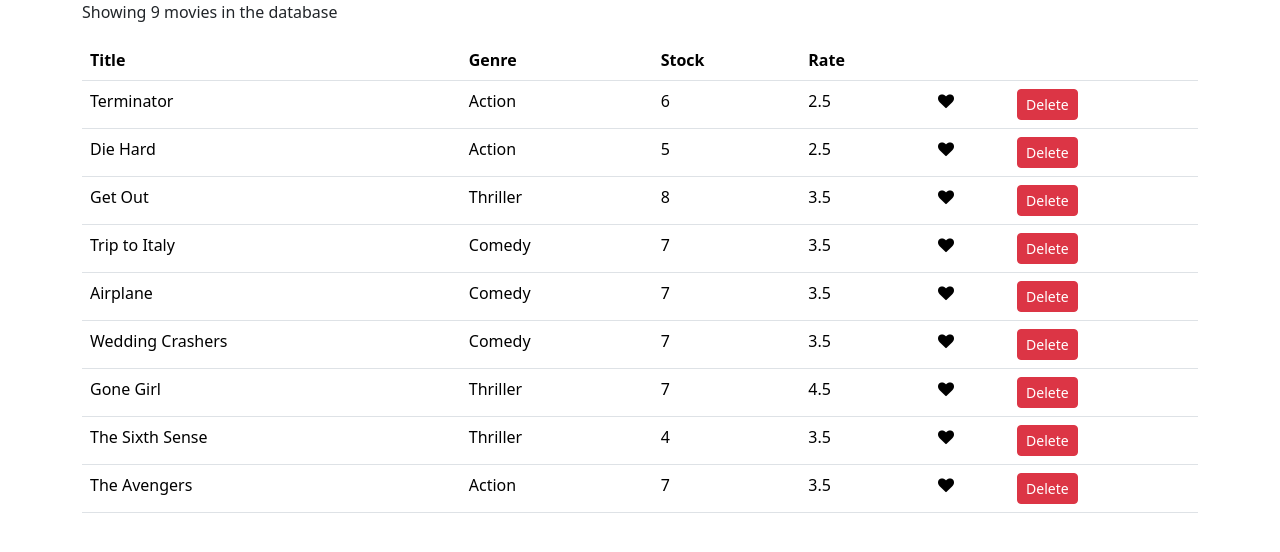
Repository: Edes2128/MovieTable-pagination-filter-sorting-in-React
Page: /
These files come from the project's save history. The page is drawn as it stood at one moment and after the next save; the edit follows.
The browser window is 1280 px wide. The pictures show the whole page.
The project was rebuilt for these pictures with package versions that can differ from the ones it lists, and the page was loaded fresh each time.

Above is the page before, as saved 2020-06-16 12:43:28.

After the next save:
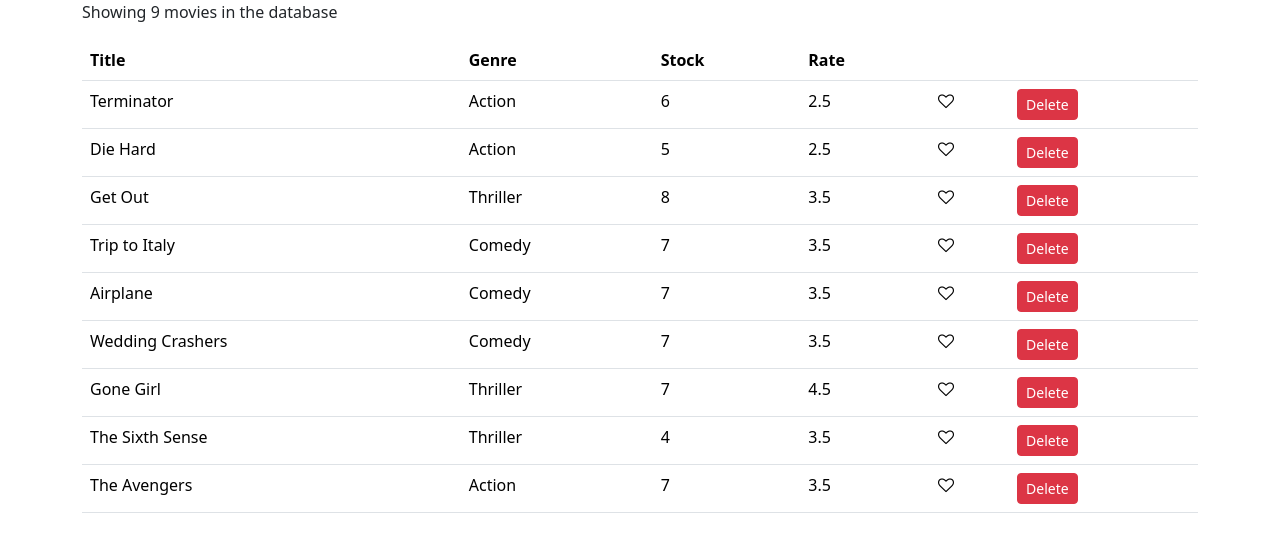
Saved 13 s later.
--- a/src/components/movies.jsx
+++ b/src/components/movies.jsx
@@ -35,7 +35,7 @@ class Movies extends Component {
                     <td >{movie.genre.name}</td>
                     <td >{movie.numberInStock}</td>
                     <td>{movie.dailyRentalRate}</td>
-                    <td><Likes liked={true}/></td>
+                    <td><Likes liked={false}/></td>
                     <td><button onClick={() => this.handleDelete(movie)} className="btn btn-danger btn-sm">Delete</button></td>
                     </tr>
                     )}
